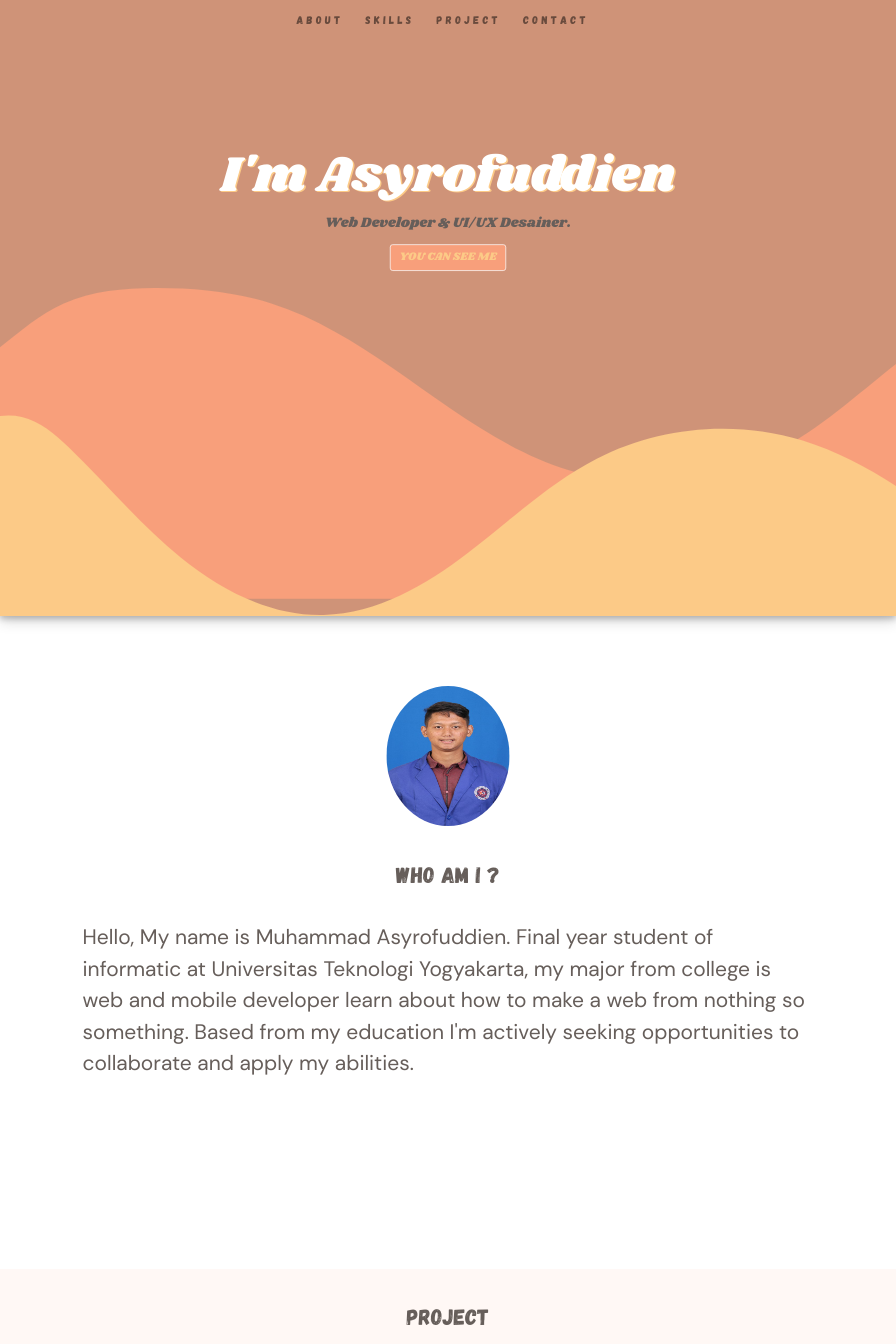
Repository: zetta-muhammad-asyrofuddien/Html-Css-ZettaCAmp
Page: Day1/Portofolio/index.html
The author's editor kept a copy of each file at every save. The page is drawn from the files as they stood at one save, then again after the next save.
The browser window is 1280 px wide. The pictures show the part of the page from y = 0 to 1920 px (the page is 2698 px tall), at 70% of full size.

Above is the page before, as saved 2023-07-07 02:50:41.

### Day1/Portofolio/index.html
<!DOCTYPE html>
<html lang="en">
  <head>
    <meta charset="utf-8" />
    <meta name="viewport" content="width=device-width, initial-scale=1" />
    <title>Portofolio Asyrof</title>
    <link href="https://cdn.jsdelivr.net/npm/bootstrap@5.2.3/dist/css/bootstrap.min.css" rel="stylesheet" integrity="sha384-rbsA2VBKQhggwzxH7pPCaAqO46MgnOM80zW1RWuH61DGLwZJEdK2Kadq2F9CUG65" crossorigin="anonymous" />
    <link rel="stylesheet" href="https://cdn.jsdelivr.net/npm/bootstrap@4.6.2/dist/css/bootstrap.min.css" integrity="sha384-xOolHFLEh07PJGoPkLv1IbcEPTNtaed2xpHsD9ESMhqIYd0nLMwNLD69Npy4HI+N" crossorigin="anonymous" />
    <link rel="stylesheet" type="text/css" href="./syle.css" />
  </head>
  <body>
    <!-- NAVBAR -->
    <section class="N">
      <div class="container">
        <nav class="navbar navbar-expand-lg navbar-light fixed-top navbar-about">
          <div class="container-fluid">
            <button class="navbar-toggler" type="button" data-bs-toggle="collapse" data-bs-target="#navbarNav" aria-controls="navbarNav" aria-expanded="false" aria-label="Toggle navigation">
              <span class="navbar-toggler-icon"></span>
            </button>
            <div class="collapse navbar-collapse" id="navbarNav">
              <ul class="navbar-nav mx-auto">
                <li class="nav-item">
                  <a class="nav-link" aria-current="page" href="#about">A b o u t</a>
                </li>
                <li class="nav-item">
                  <a class="nav-link" href="#">S K I L L S</a>
                </li>
                <li class="nav-item">
                  <a class="nav-link" href="#project">P r o j e c t</a>
                </li>
                <li class="nav-item">
                  <a class="nav-link" href="#">C o n t a c t</a>
                </li>
              </ul>
            </div>
          </div>
        </nav>
      </div>
    </section>

    <!-- Akhir Navbar -->

    <!-- Jumbotron -->
    <div class="jumbotron jumbotron-fluid text-align-center">
      <div class="container">
        <h1 class="display-3 nama">I'm Asyrofuddien</h1>
        <p class="lead job">Web Developer & UI/UX Desainer.</p>
        <a class="btn btn-primary see" href="#about">YOU CAN SEE ME</a>
      </div>
    </div>
    <!-- Akhir Jumbotron -->

    <!-- About -->
    <section id="about">
      <div class="container mb-5 py-auto about">
        <div class="d-flex align-items-center about-kanan text-center">
          <div class="row align-items-center">
            <img class="foto" src="./asset/img/foto.jpeg" alt="" />
            <h2 class="mb-5" style="color: #665e5a">WHO AM I ?</h2>
            <p class="deskripsi-saya px-5 text-left">
              Hello, My name is Muhammad Asyrofuddien. Final year student of informatic at Universitas Teknologi Yogyakarta, my major from college is web and mobile developer learn about how to make a web from nothing so something. Based
              from my education I'm actively seeking opportunities to collaborate and apply my abilities.
            </p>
          </div>
        </div>
      </div>
    </section>
    <!-- Akhir About -->
    <!-- Project -->
    <section class="project" id="project">
      <h2 class="text-center pt-5">Project</h2>
      <div class="container mt-5">
        <div class="row">
          <div class="col-4 d-flex align-items-center">
            <div class="card text-bg-dark" style="height: auto">
              <a href="https://asyrofuddien.github.io/capstone-ThinDog/">
                <span class="circle"></span>
                <img src="./asset/img/thindog.png" class="card-img" alt="..." />
                <div class="card-img-overlay text-center d-flex align-items-center">
                  <p class="card-text">Capstone Project Form Udemy</p>
                </div>
              </a>
            </div>
          </div>
          <div class="col-4 d-flex align-items-center">
            <div class="card text-bg-dark" style="height: auto">
              <a href="http://127.0.0.1:8000">
                <span class="circle"></span>
                <img src="./asset/img/Kameubel1.png" class="card-img" alt="..." />
                <div class="card-img-overlay text-center d-flex align-items-center">
                  <p class="card-text">Capstone Project Form Udemy</p>
                </div>
              </a>
            </div>
          </div>
          <div class="col-4 d-flex align-items-center">
            <div class="card text-bg-dark" style="height: auto">
              <a href="http://127.0.0.1:8000">
                <span class="circle"></span>
                <img src="./asset/img/kameubel2.png" class="card-img" alt="..." />
                <div class="card-img-overlay text-center d-flex align-items-center">
                  <p class="card-text">Capstone Project Form Udemy</p>
                </div>
              </a>
            </div>
          </div>
        </div>
        <div class="row mt-5">
          <div class="col-4 d-flex align-items-center"></div>
          <div class="col-4 d-flex align-items-center">
            <div class="card text-bg-dark" style="height: auto">
              <a href="https://asyrofuddien.github.io/capstone-ThinDog/"><span class="circle"></span></a>
              <span class="commingsoon text-center">...</span>
              <div class="card-img-overlay text-center d-flex align-items-center">
                <p class="card-text">COMING SOON</p>
              </div>
            </div>
          </div>
          <div class="col-4 d-flex align-items-center"></div>
        </div>
      </div>
    </section>
    <!-- Akhir Project -->
    <script src="https://cdn.jsdelivr.net/npm/@popperjs/core@2.11.6/dist/umd/popper.min.js" integrity="sha384-oBqDVmMz9ATKxIep9tiCxS/Z9fNfEXiDAYTujMAeBAsjFuCZSmKbSSUnQlmh/jp3" crossorigin="anonymous"></script>
    <script src="https://cdn.jsdelivr.net/npm/bootstrap@5.2.3/dist/js/bootstrap.min.js" integrity="sha384-cuYeSxntonz0PPNlHhBs68uyIAVpIIOZZ5JqeqvYYIcEL727kskC66kF92t6Xl2V" crossorigin="anonymous"></script>
  </body>
</html>
<script>
  // Menangani peristiwa klik pada menu navbar
  document.addEventListener('DOMContentLoaded', function () {
    const navLinks = document.querySelectorAll('.navbar-nav .nav-link');

    navLinks.forEach(function (navLink) {
      navLink.addEventListener('click', function (event) {
        event.preventDefault();

        const targetId = this.getAttribute('href'); // Mendapatkan ID target dari atribut href
        const targetSection = document.querySelector(targetId); // Mendapatkan elemen target dengan ID yang sesuai

        if (targetSection) {
          // Menggulirkan halaman ke bagian yang sesuai dengan animasi smooth scroll
          window.scrollTo({
            top: targetSection.offsetTop,
            behavior: 'smooth',
          });
        }
      });
    });
  });
</script>

### Day1/Portofolio/syle.css
@font-face {
  font-family: Gagalin;
  src: url(./asset/font/Gagalin-Regular.otf);
}
@font-face {
  font-family: Shrikhand;
  src: url(./asset/font/Shrikhand-Regular.ttf);
}
@font-face {
  font-family: dmSans;
  src: url(./asset/font/DMSans-Regular.ttf);
}
/* UMUM */
.fixed-tops {
  background-color: #cf9378;
  margin-bottom: 0;
  box-shadow: 0 4px 8px 0 rgba(0, 0, 0, 0.2), 0 6px 20px 0 rgba(0, 0, 0, 0.19);
}

.navbar-brand {
  font-family: Gagalin;
}
.navbar {
  border: none;
}
.nav-link {
  font-family: Gagalin;
  color: white;
  margin-right: 20px;
}

.jumbotron {
  background-image: url(./asset/img/wave.svg);
  background-size: cover;
  height: 885px;
  margin-top: -5px;
  margin-bottom: 0;
  border: none;
  text-align: center;
  box-shadow: 0 4px 8px 0 rgba(0, 0, 0, 0.2), 0 6px 20px 0 rgba(0, 0, 0, 0.19);
}

.nama {
  font-family: Shrikhand;
  color: white;
  text-align: center;
  margin-top: 150px;
  text-shadow: 2px 2px #fcca87;
}

.job {
  font-family: Shrikhand;
  color: #665e5a;
  text-align: center;
}
.see {
  background-color: #f89f7b;
  border-color: white;
  color: #fcca87;
  font-family: Shrikhand;
}
.see:hover {
  background-color: #665e5a;
  border-color: #fcca87;
}
h2.about {
  font-family: Gagalin;
}
section.who {
  background-color: #fff9f7;
  margin-top: 0%;
}
.about {
  height: 885px;
}
.about-kiri {
  border-radius: 0 10% 10% 0;
  text-shadow: 2px 2px #fcca87;
}
.about-kanan {
  font-family: Gagalin;
  text-align: center;
}
.deskripsi-saya {
  font-family: dmSans;
  font-size: 30px;
  margin-right: 20px;
  color: #665e5a;
}
.nav-link:hover::after {
  content: '';
  display: block;
  border-bottom: 3px solid #fcca87;
  width: 50%;
  margin: auto;
}
.foto {
  border-radius: 50%;
  height: 200px;
  width: 200px;
  align-items: center;
  margin: 0 auto;
  margin-top: 100px;
  margin-bottom: 50px;
}
.project {
  background-color: #fff8f5;
}
.project h2 {
  font-family: Gagalin;
  color: #665e5a;
}
.project {
  height: 885px;
}
.card {
  height: 200px;
  width: 350px;
  background-image: linear-gradient(to right top, #1d3634, #2c514c);
  border-radius: 10px;
  overflow: hidden;
  position: relative;
  cursor: pointer;
  box-shadow: 0 4px 8px 0 rgba(0, 0, 0, 0.2), 0 6px 20px 0 rgba(0, 0, 0, 0.19);
}

.card .circle {
  position: absolute;
  height: 0;
  width: 0;
  background-color: #000000;
  opacity: 0.5;
  top: -60px;
  right: -60px;
  transition: all 0.5s;
}

.card:hover {
  transform: scale(1.1);
  transition: all 0.5s;
}
.card:hover .circle {
  height: 300px;
  width: 450px;
}
.card-img-overlay {
  opacity: 0;
  color: #ffffff;
  font-family: Shrikhand;
}
.card-img-overlay:hover {
  opacity: 100%;
  transition: all 0.5s;
}
.commingsoon {
  height: 200px;
}
/* DESKTOP VERSION */
@media (min-width: 992px) {
  /* Navbar */
}

### Day1/Portofolio/asset/img/wave.svg
<svg xmlns="http://www.w3.org/2000/svg" xmlns:xlink="http://www.w3.org/1999/xlink" width="1700" zoomAndPan="magnify" viewBox="0 0 1350 576" height="768" preserveAspectRatio="xMidYMid meet" version="1.0"><defs><clipPath id="88280995c8"><path d="M 0 269.25 L 1350 269.25 L 1350 576 L 0 576 Z M 0 269.25 " clip-rule="nonzero"/></clipPath></defs><rect x="-135" width="1620" fill="#ffffff" y="-57.6" height="691.2" fill-opacity="1"/><rect x="-135" width="1620" fill="#ffffff" y="-57.6" height="691.2" fill-opacity="1"/><rect x="-135" width="1620" fill="#cf9378" y="-57.6" height="691.2" fill-opacity="1"/><g clip-path="url(#88280995c8)"><path fill="#f89f7b" d="M 1413.945312 766.777344 L 1413.945312 429.453125 C 1392.21875 457.429688 1362.003906 480.527344 1328.867188 472.859375 C 1310.898438 468.695312 1296.257812 455.992188 1282.980469 443.210938 C 1245.734375 407.332031 1212.539062 367.136719 1172.433594 334.488281 C 1132.328125 301.84375 1083.167969 276.609375 1031.457031 277.875 C 979.046875 279.15625 931.078125 307.195312 889.472656 339.082031 C 847.867188 370.96875 809.414062 407.820312 762.789062 431.769531 C 700.933594 463.539062 626.5625 470.058594 560.113281 449.53125 C 452.628906 416.339844 374.265625 319.257812 267.050781 285.226562 C 230.175781 273.535156 191.179688 269.78125 152.492188 269.9375 C 121.945312 270.050781 90.679688 272.757812 62.820312 285.265625 C 29.9375 300.035156 4.472656 327.175781 -25.199219 347.640625 C -36.84375 355.675781 -50.003906 362.664062 -63.632812 367.253906 L -63.632812 766.796875 L 1413.945312 766.796875 Z M 1413.945312 766.777344 " fill-opacity="1" fill-rule="nonzero"/></g><path fill="#fcca87" d="M 1287.496094 584.535156 C 1259.617188 597.046875 1228.367188 599.75 1197.820312 599.867188 C 1159.136719 600.023438 1120.140625 596.289062 1083.265625 584.574219 C 976.050781 550.546875 897.6875 453.460938 790.199219 420.269531 C 723.753906 399.746094 649.378906 406.28125 587.527344 438.035156 C 540.898438 461.984375 502.449219 498.832031 460.84375 530.722656 C 419.238281 562.609375 371.265625 590.644531 318.855469 591.929688 C 267.144531 593.195312 217.988281 567.980469 177.882812 535.3125 C 137.773438 502.667969 104.582031 462.46875 67.335938 426.59375 C 54.058594 413.792969 39.417969 401.085938 21.449219 396.945312 C -11.6875 389.277344 -41.902344 412.371094 -63.632812 440.347656 L -63.632812 766.777344 L 1413.925781 766.777344 L 1413.925781 502.570312 C 1400.296875 507.160156 1387.136719 514.144531 1375.496094 522.179688 C 1345.84375 542.648438 1320.378906 569.769531 1287.496094 584.535156 Z M 1287.496094 584.535156 " fill-opacity="1" fill-rule="nonzero"/></svg>

After the next save:
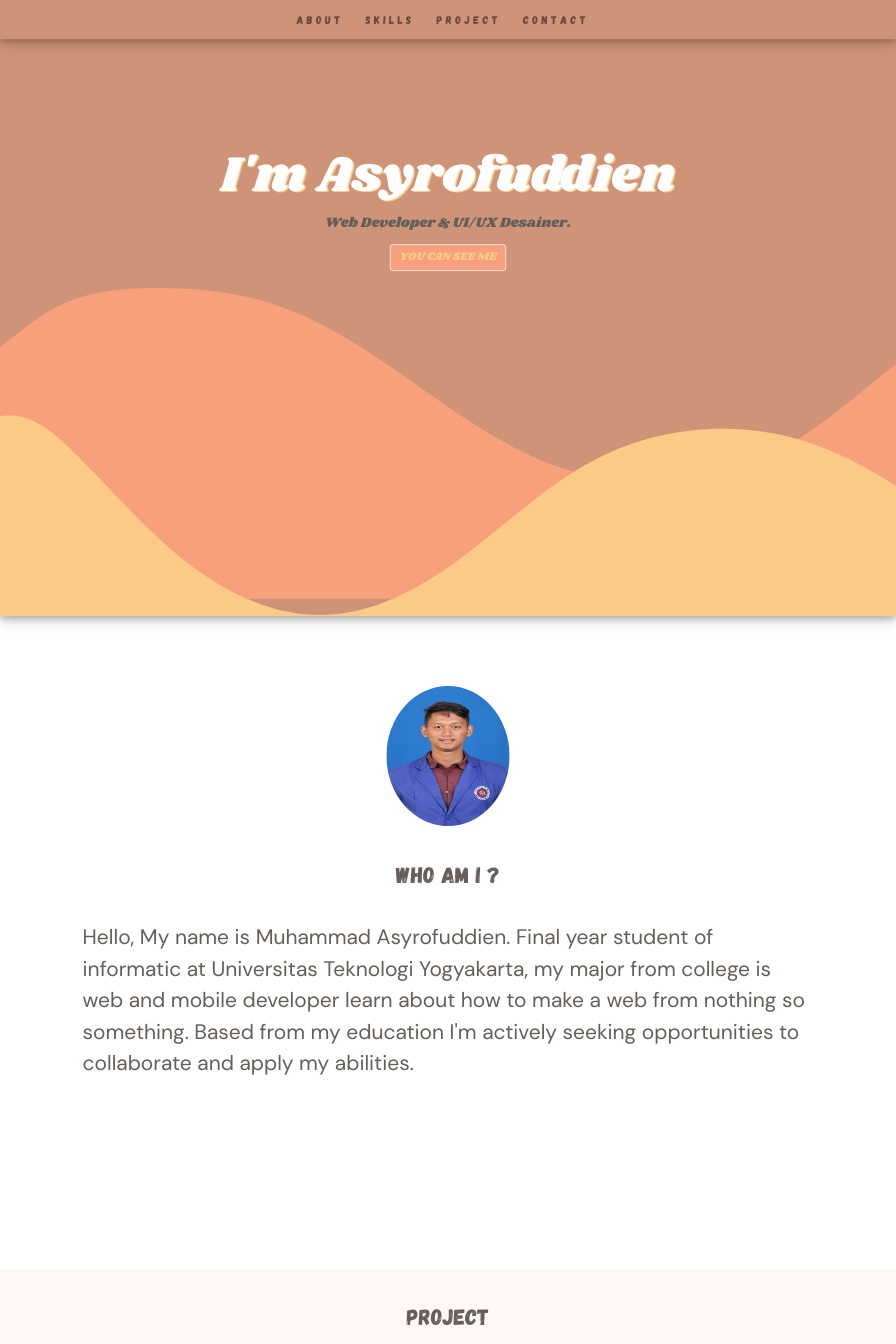
Saved 15 s later.
--- a/Day1/Portofolio/syle.css
+++ b/Day1/Portofolio/syle.css
@@ -11,7 +11,7 @@
   src: url(./asset/font/DMSans-Regular.ttf);
 }
 /* UMUM */
-.fixed-tops {
+.navbar-about {
   background-color: #cf9378;
   margin-bottom: 0;
   box-shadow: 0 4px 8px 0 rgba(0, 0, 0, 0.2), 0 6px 20px 0 rgba(0, 0, 0, 0.19);

After the 2 saves that followed:
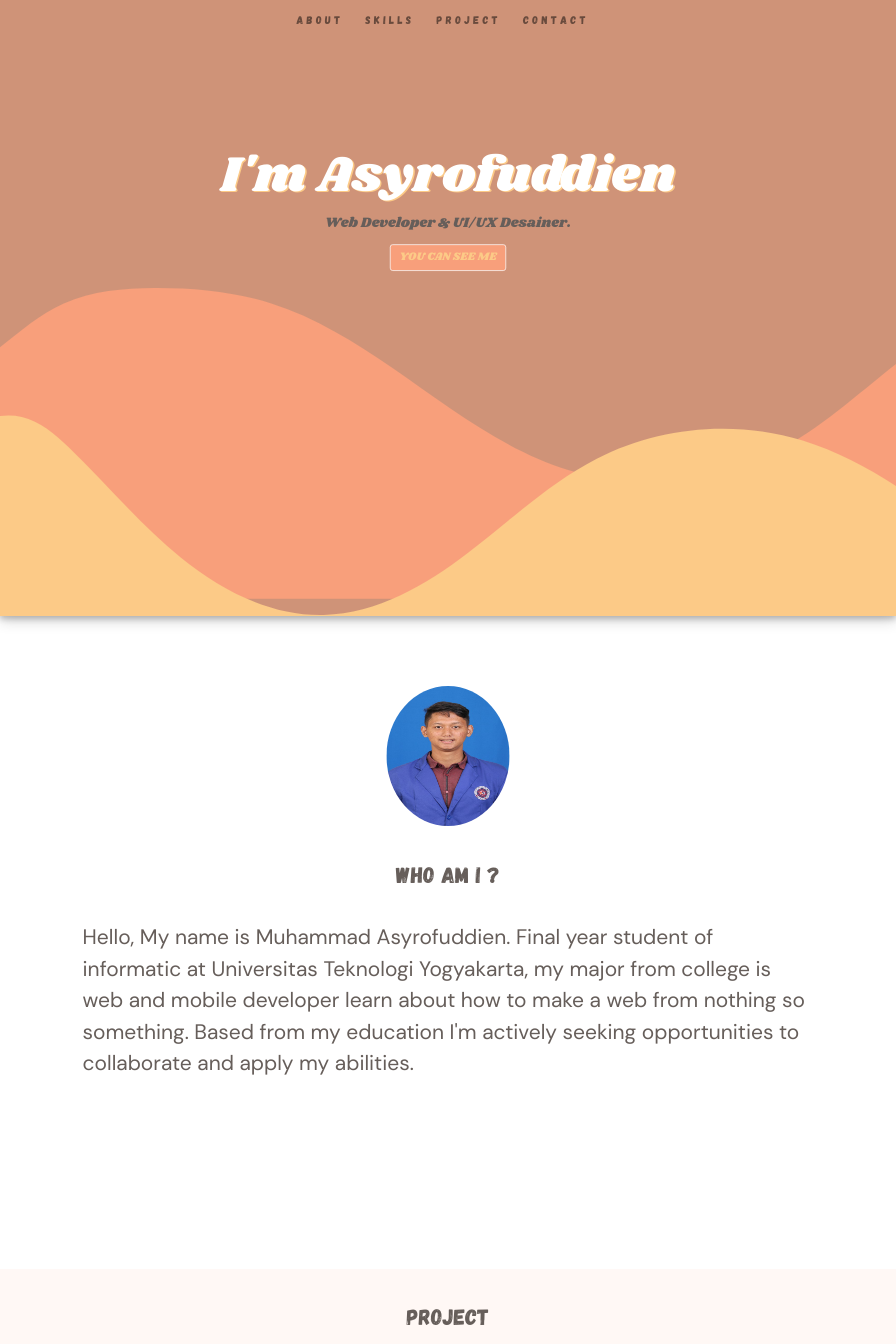
The 2 saves are shown as one change because 1 left the picture as it was.
The last was saved 24 s later.
--- a/Day1/Portofolio/index.html
+++ b/Day1/Portofolio/index.html
@@ -147,4 +147,19 @@
       });
     });
   });
+  document.addEventListener('DOMContentLoaded', function () {
+    const navbar = document.querySelector('.navbar');
+    const aboutSection = document.querySelector('#about');
+    const aboutSectionTop = aboutSection.offsetTop;
+
+    function handleScroll() {
+      if (window.pageYOffset >= aboutSectionTop) {
+        navbar.classList.add('navbar-about');
+      } else {
+        navbar.classList.remove('navbar-about');
+      }
+    }
+
+    window.addEventListener('scroll', handleScroll);
+  });
 </script>
--- a/Day1/Portofolio/syle.css
+++ b/Day1/Portofolio/syle.css
@@ -12,7 +12,7 @@
 }
 /* UMUM */
 .navbar-about {
-  background-color: #cf9378;
+  background-color: #cf9378 !important;
   margin-bottom: 0;
   box-shadow: 0 4px 8px 0 rgba(0, 0, 0, 0.2), 0 6px 20px 0 rgba(0, 0, 0, 0.19);
 }
